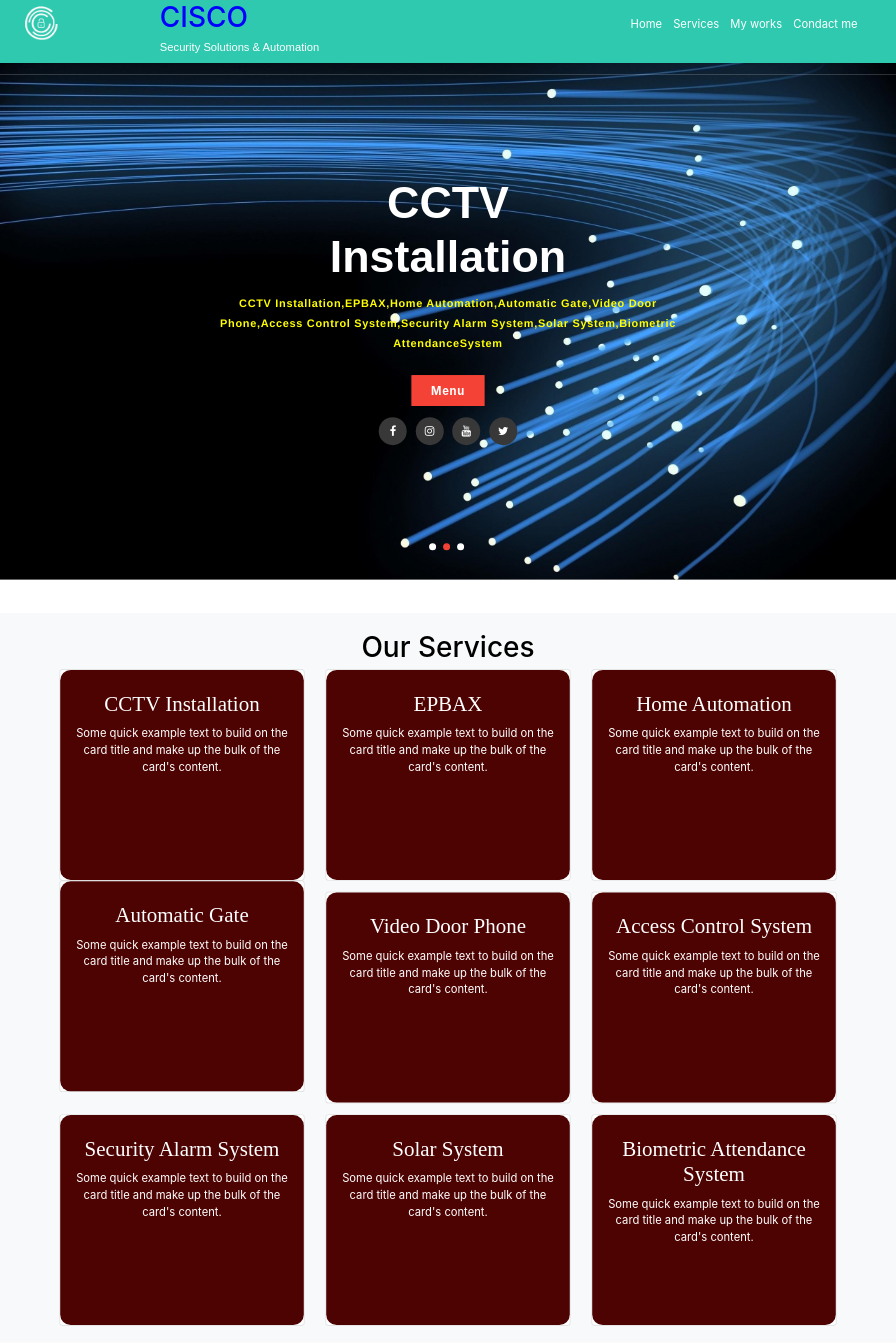
Repository: Nuhman123/Cisco
Page: index.html
The author's editor kept a copy of each file at every save. The page is drawn from the files as they stood at one save, then again after a run of saves.
The browser window is 1280 px wide. The pictures show the part of the page from y = 0 to 1920 px (the page is 3545 px tall), at 70% of full size.

Above is the page before, as saved 2021-04-09 11:00:50.

After the next 2 saves:
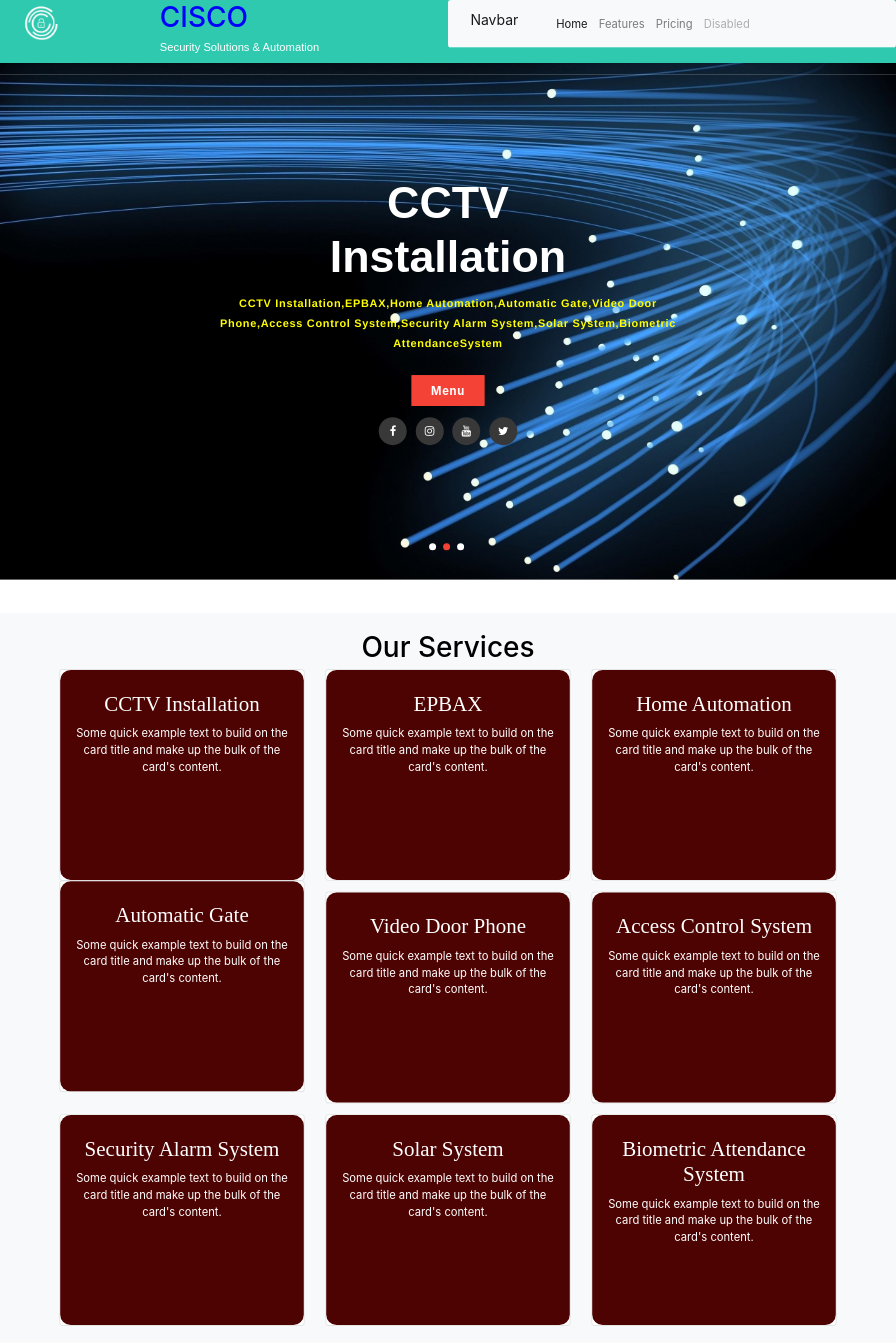
The 2 saves are shown as one change because they came seconds apart.
The last was saved 10 s later.
--- a/index.html
+++ b/index.html
@@ -71,31 +71,20 @@
 			<h1>CISCO</h1>
 			<p>Security Solutions & Automation</p>
 		</div>
-	    	 <div class="col-md-6 col-3 my-outo">
-                <nav class="navbar navbar-expand-lg navbar-light ">
-                    <button class="navbar-toggler ml-auto" type="button" data-toggle="collapse" data-target="#navbarSupportedContent" aria-controls="navbarSupportedContent" aria-expanded="false" aria-label="Toggle navigation">
-                      <span class="navbar-toggler-icon"></span>
-                    </button>
-
-                    <div class="collapse navbar-collapse" id="navbarSupportedContent">
-                      <ul class="navbar-nav ml-auto">
-                        <li class="nav-item active">
-                          <a class="nav-link text-white" href="#Home-section">Home <span class="sr-only">(current)</span></a>
-                        </li>
-                        <li class="nav-item">
-                          <a class="nav-link text-white" href="#Services-section">Services</a>
-                        </li>
-                        <li class="nav-item">
-                            <a class="nav-link text-white" href="#My works-section">My works</a>
-                          </li>
-                          <li class="nav-item">
-                            <a class="nav-link text-white" href="#Condact me-section">Condact me</a>
-                          </li>
-                      </ul>
-
-                    </div>
-                  </nav>
-            </div>
+		<nav class="navbar navbar-expand-lg navbar-light bg-light">
+			<a class="navbar-brand" href="#">Navbar</a>
+			<button class="navbar-toggler" type="button" data-toggle="collapse" data-target="#navbarNavAltMarkup" aria-controls="navbarNavAltMarkup" aria-expanded="false" aria-label="Toggle navigation">
+			  <span class="navbar-toggler-icon"></span>
+			</button>
+			<div class="collapse navbar-collapse" id="navbarNavAltMarkup">
+			  <div class="navbar-nav">
+				<a class="nav-item nav-link active" href="#">Home <span class="sr-only">(current)</span></a>
+				<a class="nav-item nav-link" href="#">Features</a>
+				<a class="nav-item nav-link" href="#">Pricing</a>
+				<a class="nav-item nav-link disabled" href="#">Disabled</a>
+			  </div>
+			</div>
+		  </nav>
 	</header>
 	<!-- banner -->
 	<div class="banner">
